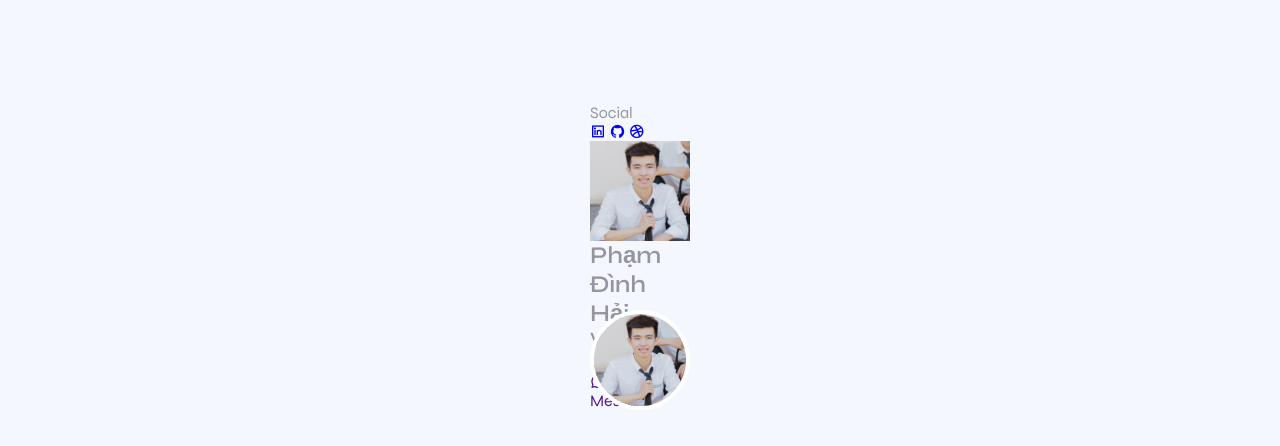
Repository: dinhhaidh/Profile
Page: index.html
The author's editor kept a copy of each file at every save. The page is drawn from the files as they stood at one save, then again after the next save.
The browser window is 1280 px wide. The pictures show the whole page.
Some web libraries are served in a nearby version.

Above is the page before, as saved 2024-02-29 09:04:29.

### index.html
<!DOCTYPE html>
<html lang="en">
<head>
    <meta charset="UTF-8">
    <meta name="viewport" content="width=device-width, initial-scale=1.0">

    <!--=============== REMIXICONS ===============-->
    <link rel="stylesheet" href="https://cdnjs.cloudflare.com/ajax/libs/remixicon/4.0.1/remixicon.css">

    <!--=============== CSS ===============-->
    <link rel="stylesheet" href="style.css">

    <title>Profile card with tooltip</title>
</head>
<body>
    <div class="container">
        <article class="card__article">
            <div class="card__profile">
                <img src="./img/img.jpg" alt="image" class="card__profile-img">
            </div>

            <div class="card__tooltip">
                <div class="card__content">
                    <header class="card__header">
                        <span>Social</span>

                        <div class="card__social">
                            <a href="https://www.linkedin.com" target="_blank">
                                <i class="ri-linkedin-box-line"></i>
                            </a>

                            <a href="https://www.github.com" target="_blank">
                                <i class="ri-github-fill"></i>
                            </a>

                            <a href="https://www.dribbble.com" target="_blank">
                                <i class="ri-dribbble-line"></i>
                            </a>
                        </div>
                    </header>

                    <div class="card__data">
                        <div class="card__image">
                            <div class="card__mask">
                                <img src="./img/img.jpg" alt="image" class="card__img">
                            </div>

                            <span class="card__stutus">

                            </span>
                        </div>
                        <h2 class="card__name">Phạm Đình Hải</h2>
                        <h3 class="card__profession">Web designer</h3>

                        <a href="" class="card__button">
                            <i class="ri-chat-3-line"></i> <span>Send Message</span>
                        </a>
                    </div>
                </div>
            </div>
        </article>
    </div>
</body>
</html>

### style.css
/*=============== GOOGLE FONTS ===============*/
@import url("https://fonts.googleapis.com/css2?family=Syne:wght@400;500;600&display=swap");

/*=============== VARIABLES CSS ===============*/
:root {
    /*========== Colors ==========*/
    /*Color mode HSL(hue, saturation, lightness)*/
    --first-color: hsl(230, 100%, 50%);
    --second-color: hsl(150, 100%, 38%);
    --title-color: hsl(230, 24%, 12%);
    --text-color: hsl(230, 4%, 60%);
    --gray-color: hsl(230, 24%, 88%);
    --border-color: hsl(230, 4%, 92%);
    --body-color: hsl(230, 100%, 98%);
    --container-color: hsl(0, 0%, 100%);

    /*========== Font and typography ==========*/
    /*.5rem = 8px | 1rem = 16px ...*/
    --body-font: "Syne", sans-serif;
    --h2-font-size: 1.25rem;
    --normal-font-size: 1rem;
}

/*=============== BASE ===============*/
* {
    box-sizing: border-box;
    padding: 0;
    margin: 0;
}

body {
    font-family: var(--body-font);
    font-size: var(--normal-font-size);
    background-color: var(--body-color);
    color: var(--text-color);
}

a {
    text-decoration: none;
}

img {
    display: block;
    max-width: 100%;
    height: auto;
}

/*=============== CARD ===============*/
.container{
    height: 100vh;
    display: grid;
    place-items: center;
    margin-inline: 1.5rem;
    padding-block: 7rem;
}
.card__article{
    position: relative;
    align-items: flex-end;
    display: flex;
    justify-content: center;
}
.card__profile{
    width: 100px;
    height: 100px;
    background-color: var(--gray-color);
    border-radius: 50%;
    overflow: hidden;
    display:flex;
    align-items: flex-end;
    justify-content: center;
    border: 4px solid var(--container-color);
    z-index: 5;
}
.card__profile-img{
    width: 95px;
}

.card__tooltip{
    position: absolute;
}
.card__content{

}
.card__header{

}
.card__social{

}

.card__data{

}
.card__image{

}
.card__mask{

}
.card__img{

}
.card__stutus{

}
.card__name{

}
.card__profession{

}
.card__button{

}
.ri-chat-3-line{

}

/* Scale profile image */


/* Show tooltip card */


/*=============== BREAKPOINTS ===============*/
/* For medium devices */

After the next save:
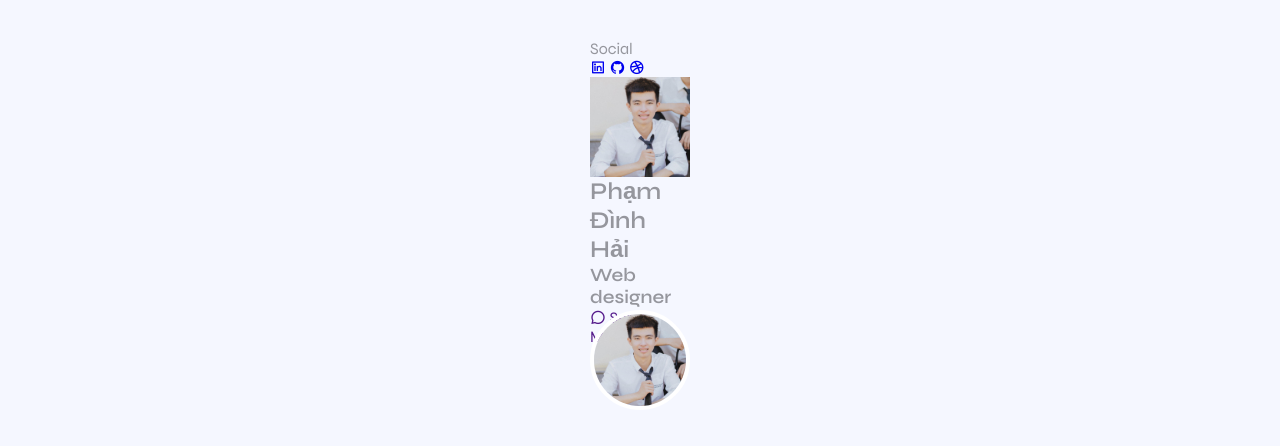
Saved 103 s later.
--- a/style.css
+++ b/style.css
@@ -77,6 +77,8 @@ img {
 
 .card__tooltip{
     position: absolute;
+    bottom: 4rem;
+    p
 }
 .card__content{
 
